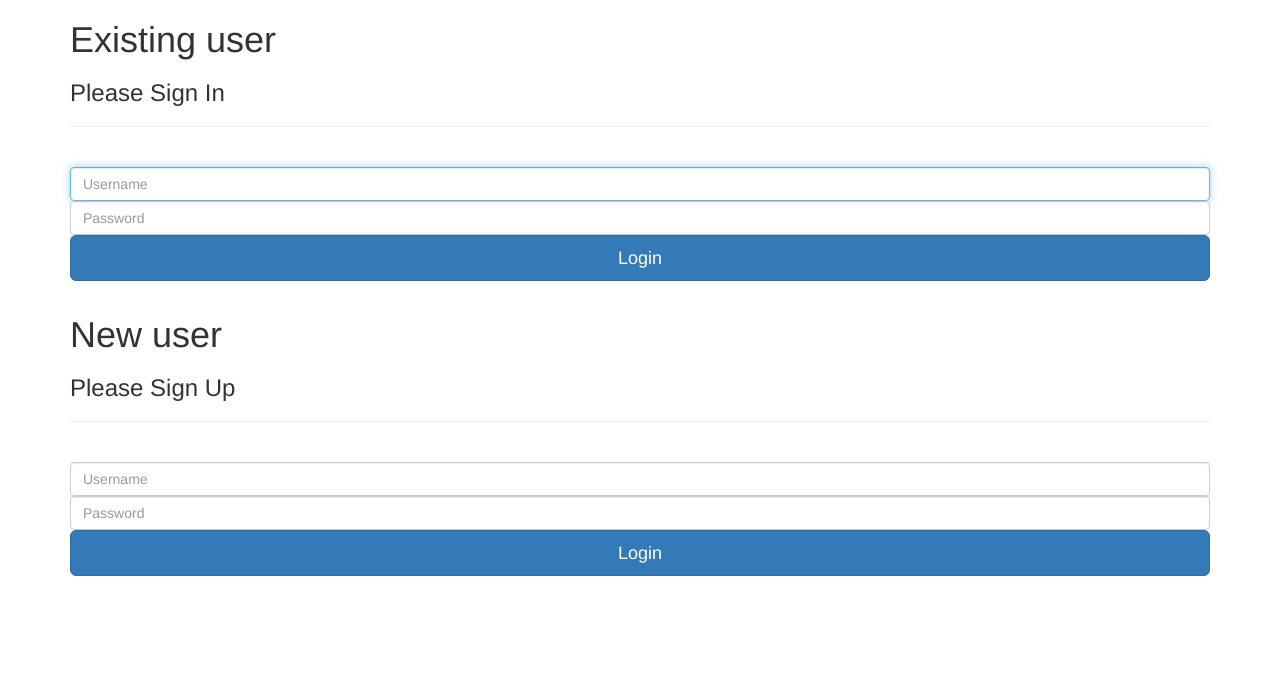
Repository: DonWhelan/Request-Hub
Page: http://localhost/
The author's editor kept a record of every edit. The page is drawn from the files as they stood at one moment, then again after the next edit.
The browser window is 1280 px wide. The pictures show the whole page.
Some web libraries are served in a nearby version. The page is run by PHP 8.4 with error messages shown; the project is at /var/www/html/.

Above is the page before.
Console error (its wording comes from the project's code and is left out).

After the next edit:
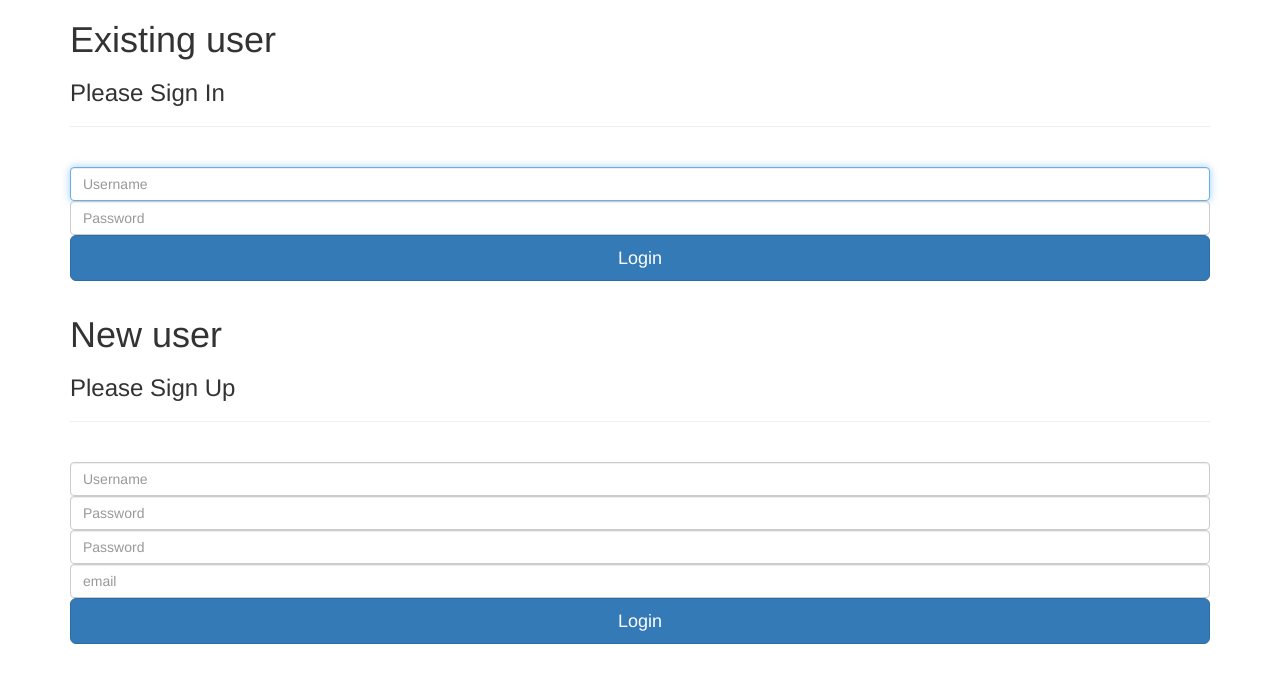
The edit:
--- a/index.php
+++ b/index.php
@@ -34,6 +34,8 @@
 
 			  <input type="text" class="form-control" name="username" placeholder="Username" required="" autofocus="" />
 			  <input type="password" class="form-control" name="password" placeholder="Password" required=""/>
+			  <input type="password" class="form-control" name="passwordmatch" placeholder="Password" required=""/>
+			  <input type="text" class="form-control" name="email" placeholder="email" required=""/>
 
 			  <button class="btn btn-lg btn-primary btn-block"  name="Submit" value="Login" type="Submit">Login</button>
 		</form>
